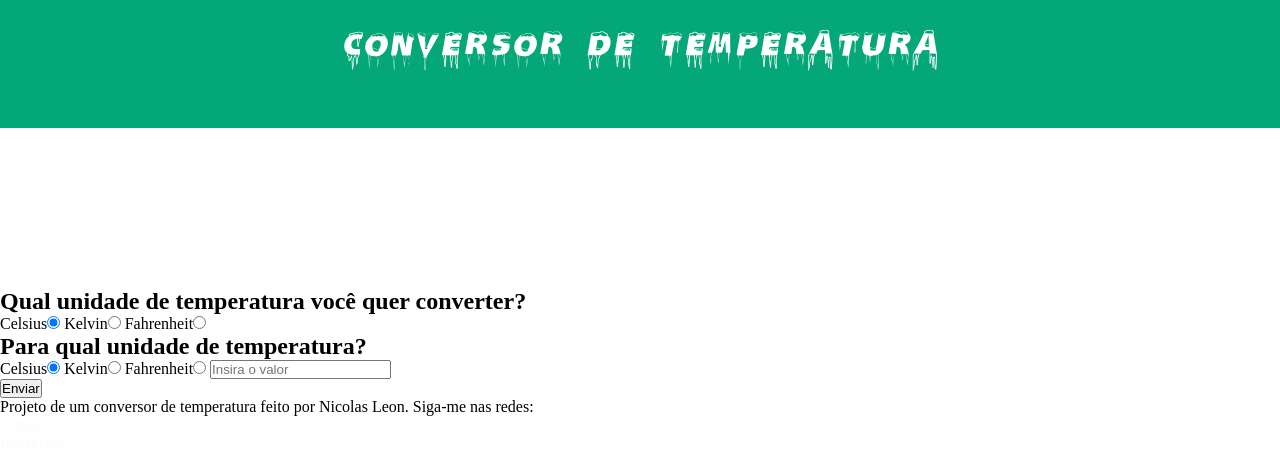
Repository: Leonngc/Conversor-de-temperatura
Page: index.html
An editor plug-in stored every save of this project. The page is shown before and after the next save, followed by the edit.
The browser window is 1280 px wide. The pictures show the whole page.
Some icons come from a web library that is not loaded, so they are not drawn.

Above is the page before, as saved 2023-02-10 20:26:51.

After the next save:
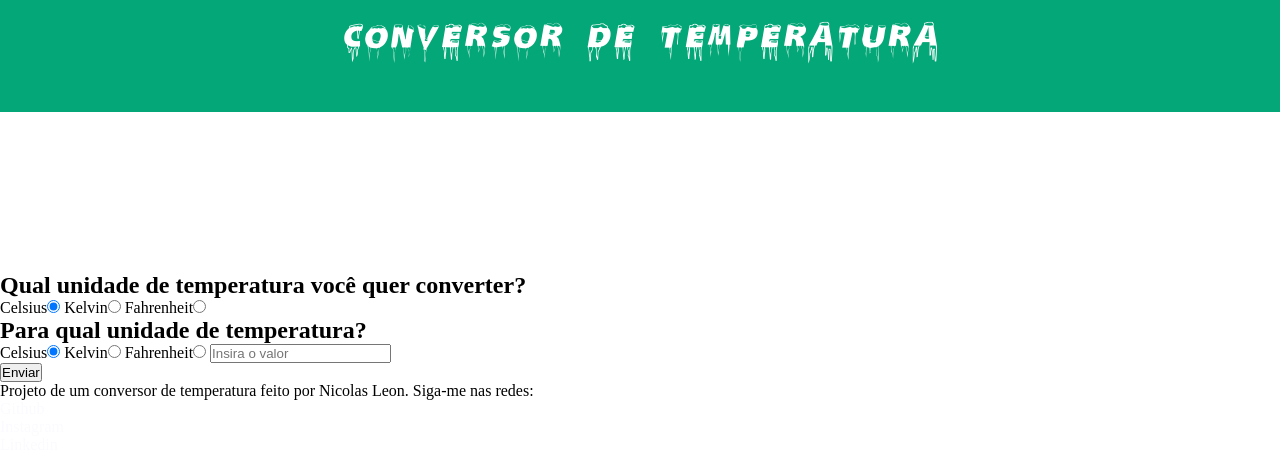
Saved 23 s later.
--- a/style.css
+++ b/style.css
@@ -31,7 +31,7 @@ header > h1{
     font-weight: lighter;
     text-align: center;
     font-size: 45px;
-    padding: 30px;
+    padding: 22px;
 }
 
 menu{
